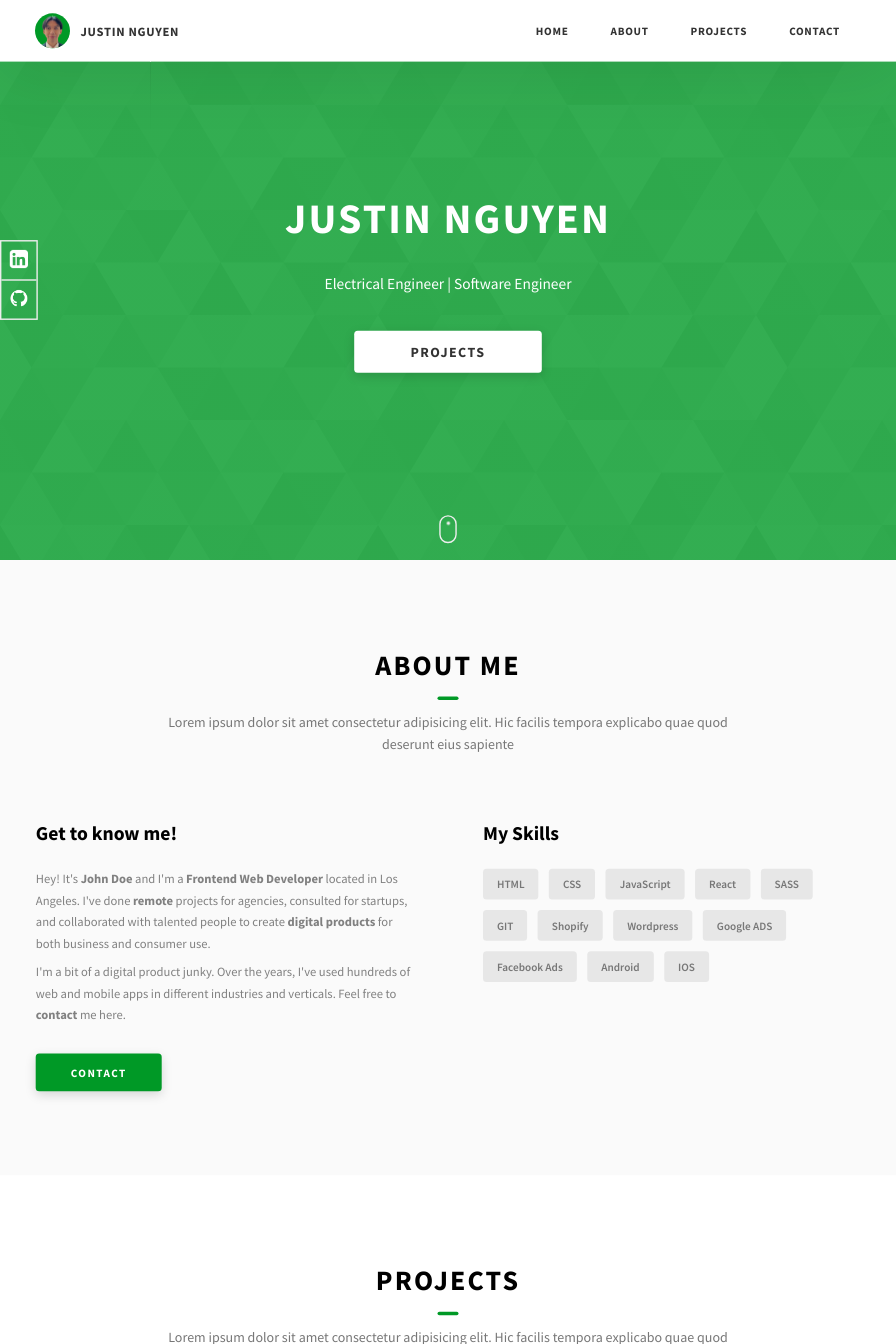
Repository: justinknguyen/Personal-Portfolio
Page: index.html
An editor plug-in stored every save of this project. The page is shown before and after the next save, followed by the edit.
The browser window is 1280 px wide. The pictures show the part of the page from y = 0 to 1920 px (the page is 5203 px tall), at 70% of full size.
The style sheet was rebuilt from its Sass, Less or Tailwind sources for each picture, by a compiler version that may differ from the author's.

Above is the page before, as saved 2022-09-02 10:56:39.

After the next save:
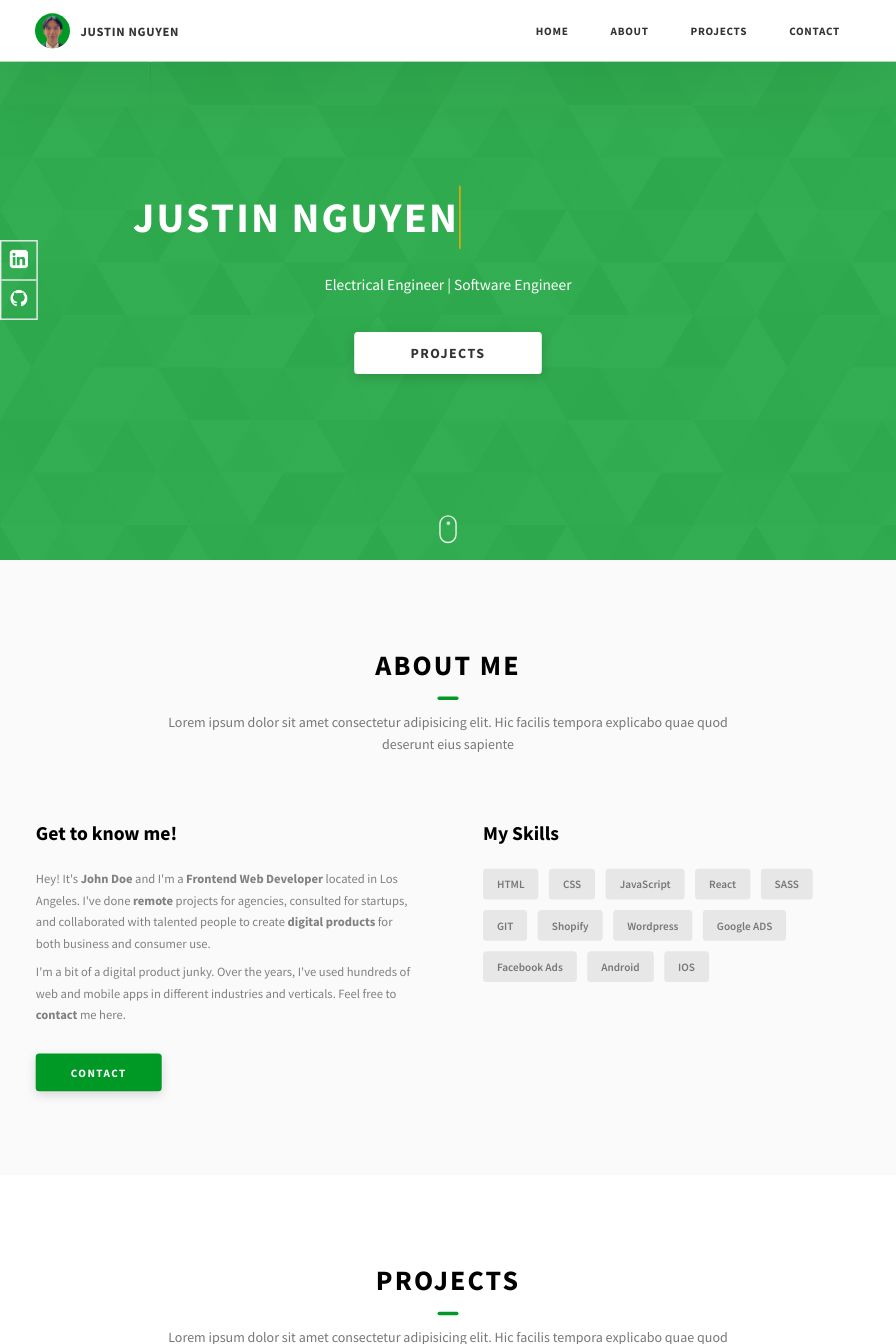
Saved 111 s later.
--- a/index.html
+++ b/index.html
@@ -89,9 +89,13 @@
     <!-- **** Hero Section of Homepage **** -->
     <section class="home-hero">
       <div class="home-hero__content">
-        <div class="typewriter">
-          <h1 class="heading-primary">Justin Nguyen</h1>
-        </div>
+
+        <div class="container">
+          <div class="typed-out">
+            <h1 class="heading-primary">Justin Nguyen</h1>
+          </div>
+        </div>
+
         <div class="home-hero__info">
           <p class="text-primary">
             Electrical Engineer | Software Engineer
